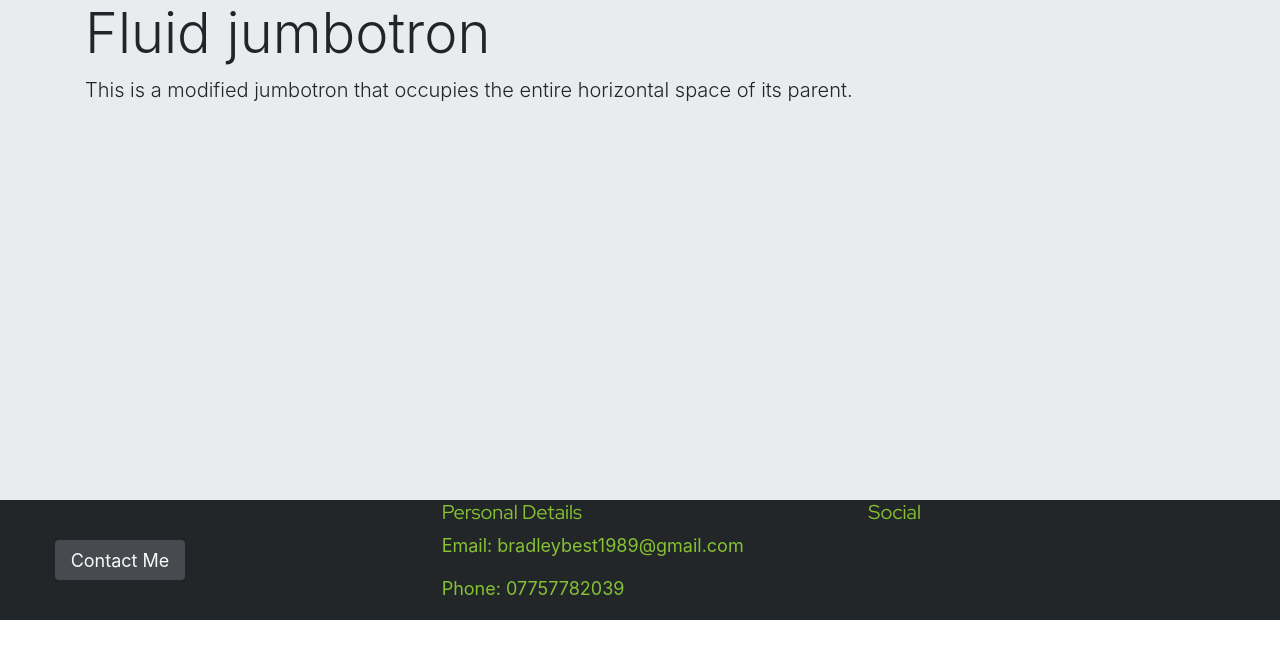
Repository: Brad000/Resume-project
Page: index.html
The author's editor kept a record of every edit. The page is drawn from the files as they stood at one moment, then again after the next edit.
The browser window is 1280 px wide. The pictures show the whole page.

Above is the page before.

After the next edit:
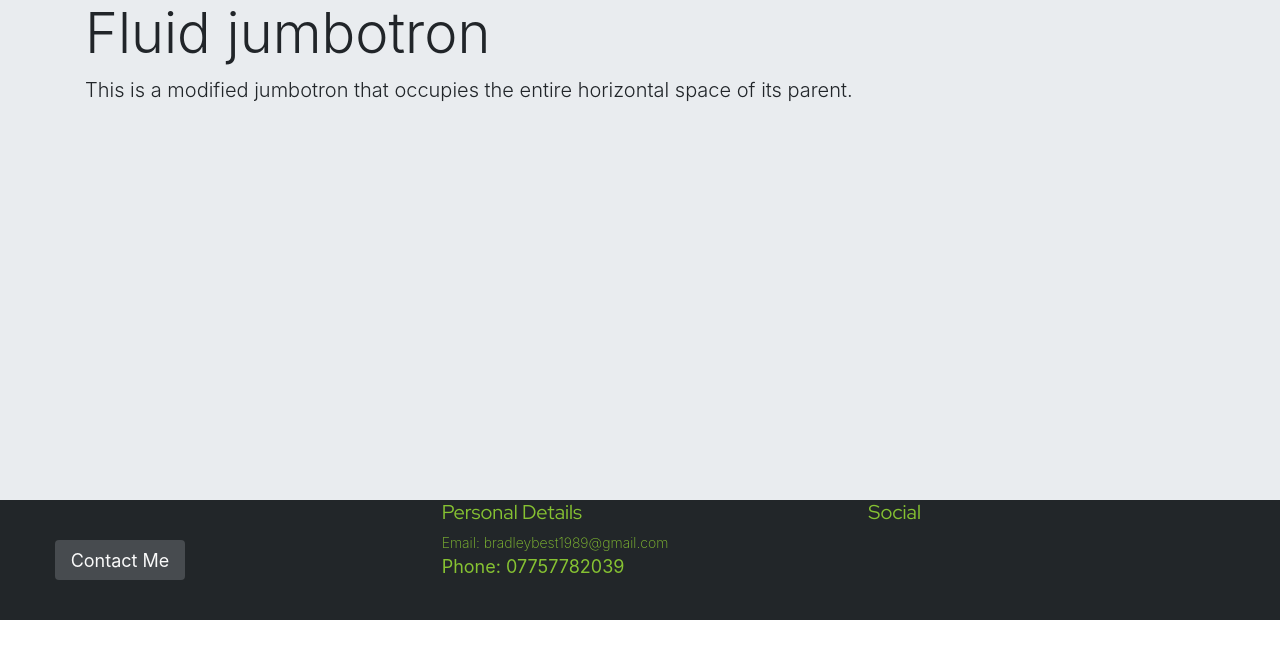
The edit:
--- a/index.html
+++ b/index.html
@@ -29,7 +29,7 @@
             <div class="col-sm-4">
                 <h5 class="sub-headings">Personal Details</h5>
                 <div class="key">
-                        <p class="personal-info">
+                        <p class="personal-info-text">
                             Email: bradleybest1989@gmail.com
                         </p>
                     </div>
